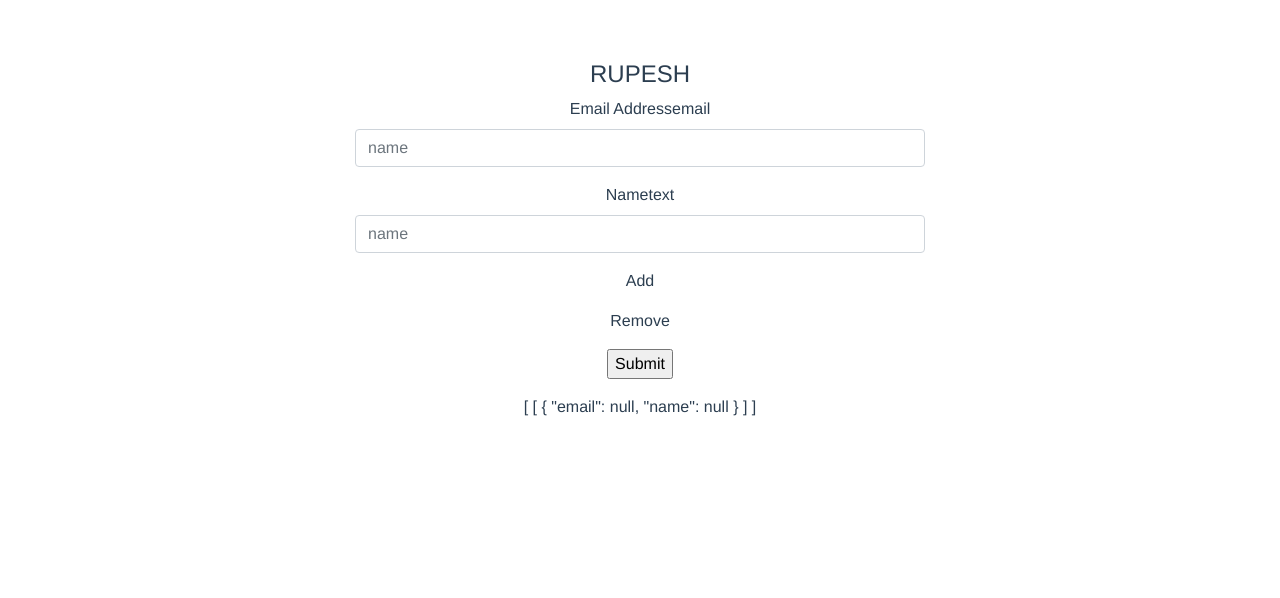
Repository: rupeshpawar93/vue-profile
Page: /company-form
The author's editor kept a copy of each file at every save. The page is drawn from the files as they stood at one save, then again after the next save.
The browser window is 1280 px wide. The pictures show the whole page.
The project was rebuilt for these pictures with package versions that can differ from the ones it lists, and the page was loaded fresh each time. Also part of the build but not shown: webpack.config.js, src/components/Portfolio.vue, src/components/PortfolioDetail.vue, src/components/Mycart.vue.

Above is the page before, as saved 2019-11-06 15:35:01.

### index.html
<!DOCTYPE html>
<html lang="en">
  <head>
    <meta charset="utf-8">
    <title>Portfolio Manager</title>
  </head>
  <body>
    <div id="app"></div>
    <script src="/dist/build.js"></script>
  </body>
</html>

### src/main.js
import Vue from 'vue'
import BootstrapVue from 'bootstrap-vue'
import 'bootstrap/dist/css/bootstrap.css'
import 'bootstrap-vue/dist/bootstrap-vue.css'
import App from './App'
import router from './router'
import { store } from './store/store.js'

Vue.use(BootstrapVue)

Vue.config.productionTip = false

new Vue({
	el: '#app',
	router,
	store,
	template: '<App/>',
	components: { App }
})

### src/App.vue
<template>
  <div id="app">
    <router-view></router-view>
  </div>
</template>

<script>
	export default {
	  name: 'app'
	}
</script>


<style>
	#app {
		font-family: 'Avenir', Helvetica, Arial, sans-serif;
		-webkit-font-smoothing: antialiased;
		-moz-osx-font-smoothing: grayscale;
		text-align: center;
		color: #2c3e50;
		margin-top: 60px;
	}

	h1, h2 {
		font-weight: normal;
	}
</style>

### src/router/index.js
import Vue from 'vue'
import Router from 'vue-router'
import Portfolio from '@/components/Portfolio'
import PortfolioDetail from '@/components/PortfolioDetail'
import MyCart from '@/components/Mycart'
import Company from '@/components/Company'
Vue.use(Router)

export default new Router({
    mode: 'history',
    routes: [
        {
            path: '/',
            name: 'Portfolio',
            component: Portfolio
        },
        {
            path: '/portfolio/detail',
            name: 'mycart',
            component: MyCart,
            props:true
        },
        {
            path:'/company-form',
            name: 'company',
            component: Company
        }
    ]
})

### src/store/store.js
import Vue from 'vue'
import Vuex from 'vuex'

Vue.use(Vuex)
export const store = new Vuex.Store({
    state: {
        myshare:0,
        sharePrice:0,
        first_name:'rupesh'
    },
    getters: {
        upperCase:state=>state.first_name.toUpperCase()
    },
    mutations: {
        increment(state,flag) {
            ++state.myshare
        },
        decrement(state,flag) {
            --state.myshare
        },
        addPrice(state,price) {
            state.sharePrice=state.sharePrice+price
        },
        minusPrice(state,price) {
            state.sharePrice=state.sharePrice-price
        }
    },
    actions: {
        addIncrement(context,flag) {
            if(flag){
                context.commit('increment')
            } else {
                context.commit('decrement')
            }
        },
        addPriceValue(context,[flag,price]) {
            if(flag) {
                context.commit('addPrice',price)
            } else {
                context.commit('minusPrice',price)
            }
        }
    }
});

### src/components/Company.vue
<template>
    <div>
        <h4>{{name}}</h4>
        <h3>{{company}}</h3>
        <form class="container" @submit.prevent="checkForm">
            <div v-for="(item,index) in items" v-bind:key="index">
                <!-- <div class="form-group">
                    <label for="exampleInputEmail1">Email address</label>
                    <input type="email" class="form-control" value=""  aria-describedby="emailHelp" v-model="item.email" placeholder="Enter email">
                </div> -->
                 <Input :item="item" :name="'Email Address'" :type="'email'"/>
                <Input :item="item" :name="'Name'" :type="'text'"/>
                <!-- <div class="form-group">
                    <label for="exampleInputPassword1">Name</label>
                    <input type="text" class="form-control" value="" id="exampleInputPassword1" placeholder="name" v-model="item.name">
                </div> -->
            </div>
             <p @click="addnew">Add</p>
              <p @click="remove">Remove</p>
             <div class="form-group">
                <input type="submit" value="Submit">
            </div>
        </form>
        <p>
            {{this.items}}
        </p>
    </div>
</template>
<style scoped>
    .container {
        width:600px;
        margin: 0 auto;
    }
</style>>

</style>
<script>
import Input from './../reuse/Input'
export default {
    name: 'Company',
    data() {
        return {
            company:'',
            items:[]
        }
    },
    components: {Input},
    computed: {
        name() {
           return this.$store.getters.upperCase
        }
    },
    created() {
        this.company = this.$route.params.item.Company
    },
    methods: {
        checkForm() {
            console.log(this.items);
        },
        addnew() {
            this.items.push([
              {  email:null,
                name:null
            }])
        },
        remove() {
            this.items.splice(0,1)
        }
    },
    mounted() {
        this.addnew()
    }
}
</script>

### src/reuse/Input.vue
<template>
   <div class="form-group">
        <label for="exampleInputPassword1">{{name}}{{type}}</label>
        <input :type="type" class="form-control" value=""  placeholder="name" v-model="item.name">
    </div>
</template>

<script>
export default {
    name:'Input',
    props:{
        item:Array,
        name:String,
        type:String
    }
}
</script>

After the next save:
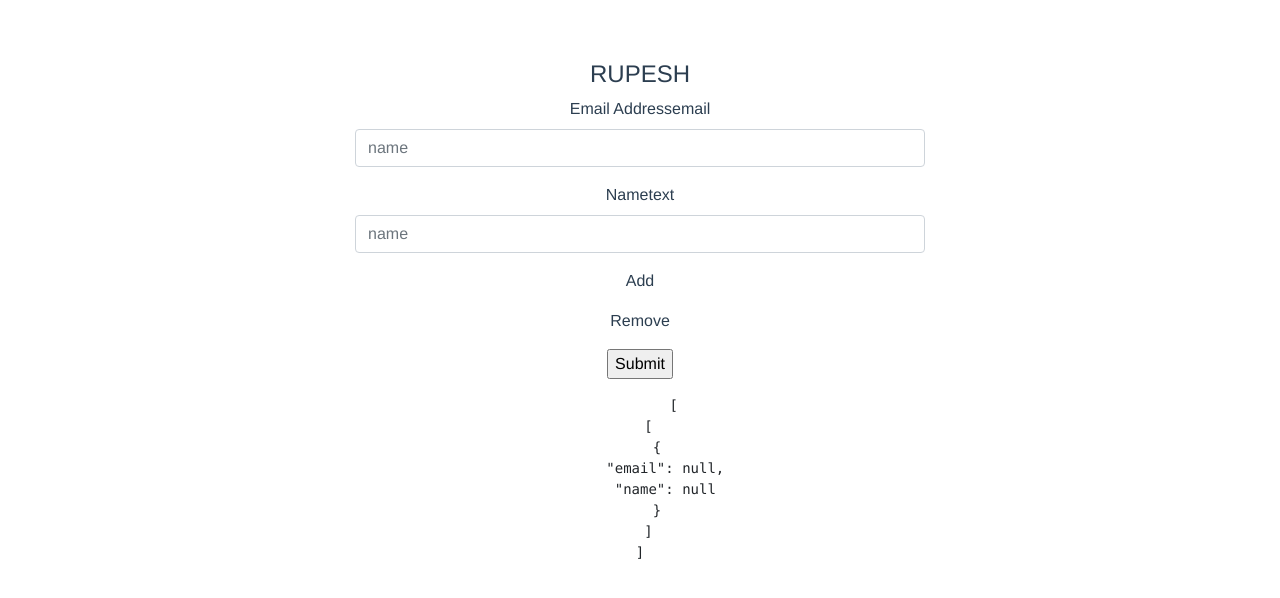
Saved 14 s later.
--- a/src/components/Company.vue
+++ b/src/components/Company.vue
@@ -22,7 +22,9 @@
             </div>
         </form>
         <p>
+            <pre>
             {{this.items}}
+            </pre>
         </p>
     </div>
 </template>
